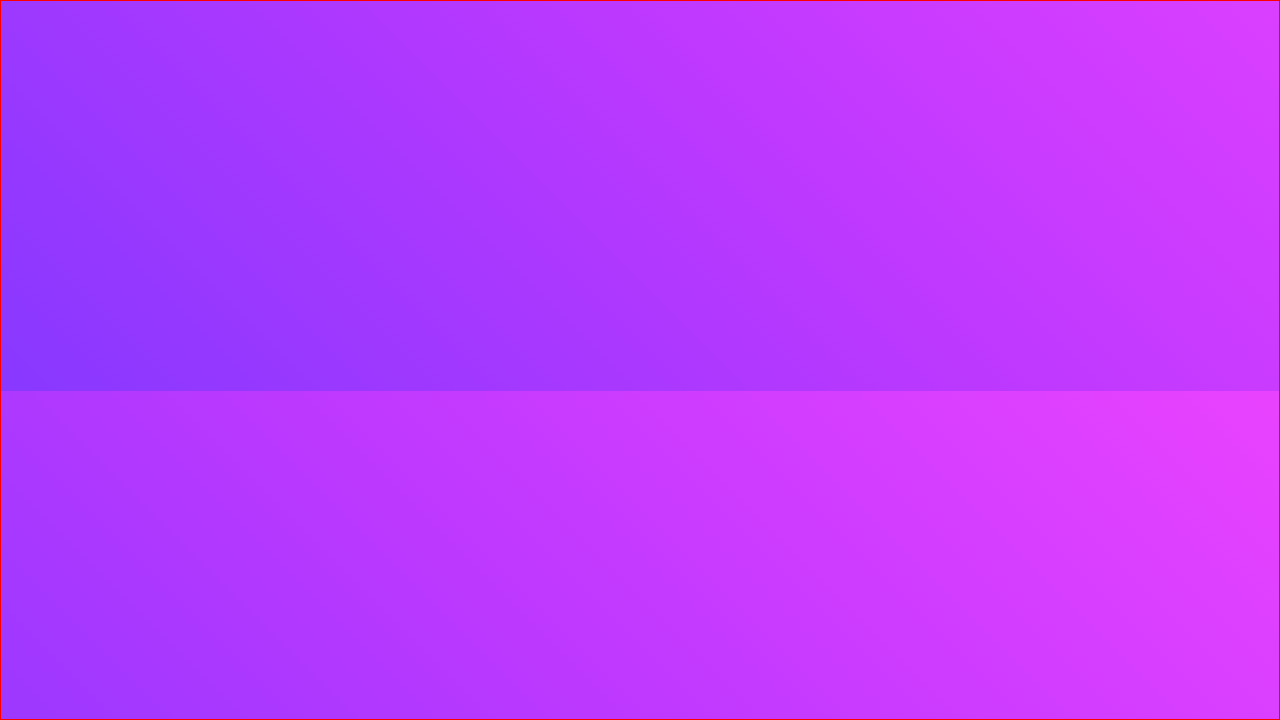
Repository: KamoliddinGIT/chat-app-css-illustration
Page: index.html
The author's editor kept a copy of each file at every save. The page is drawn from the files as they stood at one save, then again after the next save.
The browser window is 1280 px wide. The pictures show the whole page.

Above is the page before, as saved 2023-09-25 16:14:04.

After the next save:
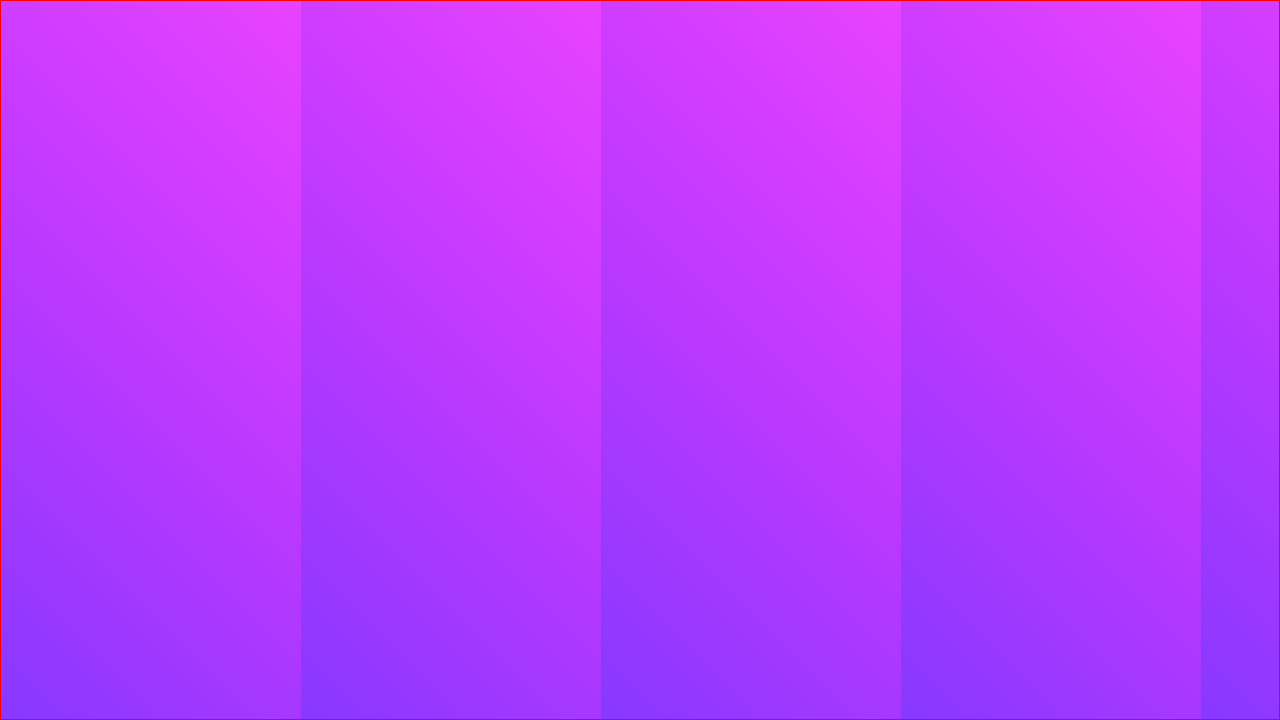
Saved 16 s later.
--- a/css/style.css
+++ b/css/style.css
@@ -17,5 +17,5 @@
     hsl(280deg 100% 61%) 50%,
     hsl(293deg 100% 63%) 100%
   );
-  background-position: 0px 390px;
+  background-size: 300px;
 }
